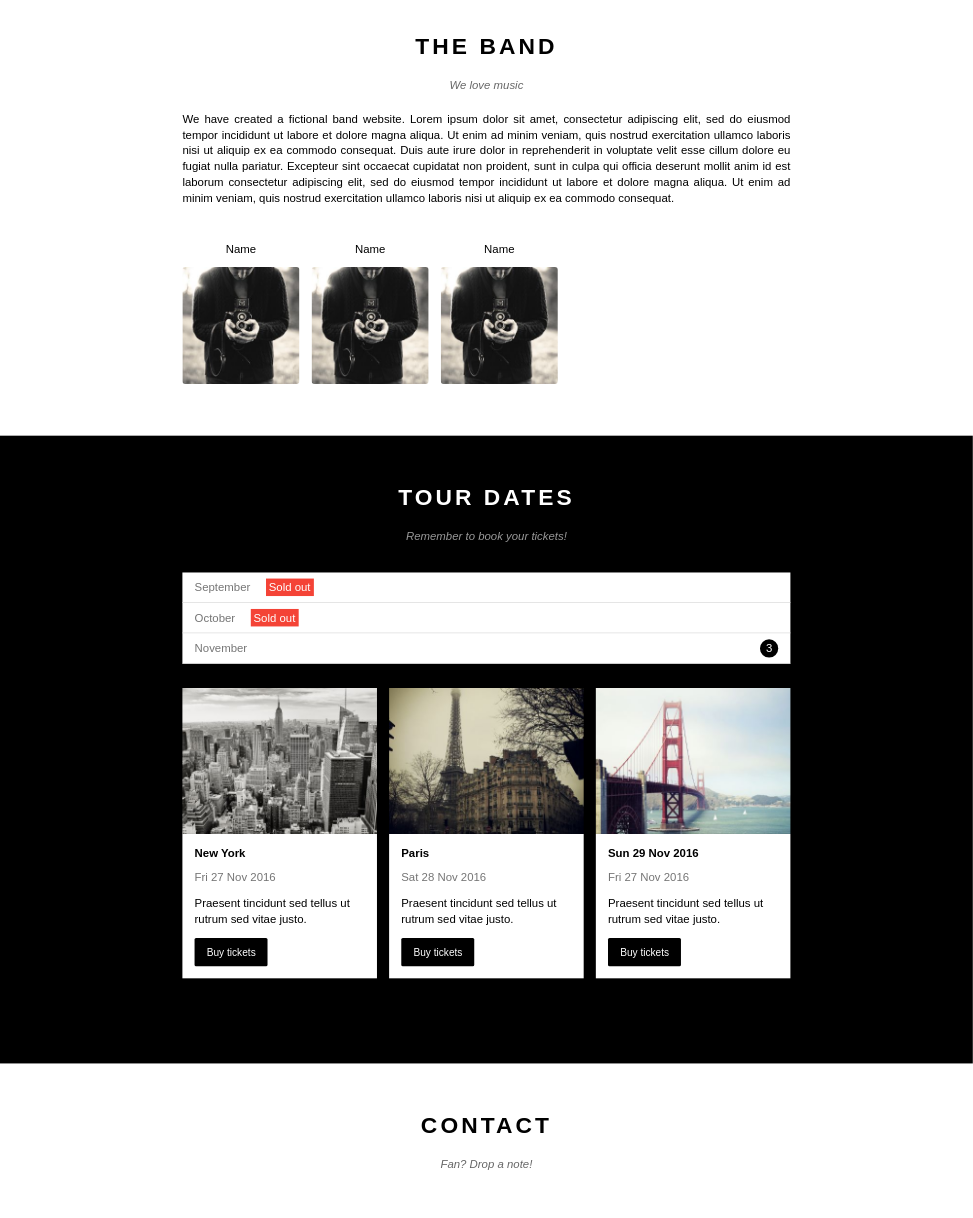
Repository: Phunobita/The-band-w3school
Page: index.html
These files come from the project's save history. The page is drawn as it stood at one moment and after the next save; the edit follows.
The browser window is 1280 px wide. The pictures show the part of the page from y = 370 to 1973 px (the page is 1973 px tall), at 76% of full size.
A picture or video elsewhere on the page could not be fetched, so the positions and the page height are approximate.

Above is the page before, as saved 2021-12-03 15:31:47.

### index.html
<!DOCTYPE html>
<html lang="en">

<head>
    <meta charset="UTF-8">
    <meta http-equiv="X-UA-Compatible" content="IE=edge">
    <meta name="viewport" content="width=device-width, initial-scale=1.0">
    <title>The band</title>
    <link rel="stylesheet" href="./assets/fonts/themify-icons-font/themify-icons/themify-icons.css">
    <link rel="stylesheet" href="./assets/css/style.css">
</head>

<body>
    <div id="main">
        <div id="header">
            <!--Begin nav-->
            <ul id="nav">
                <li><a href="">Home</a></li>
                <li><a href="">Band</a></li>
                <li><a href="">Tour</a></li>
                <li><a href="">Contact</a></li>
                <li>
                    <a href="">
                        More
                        <i class="nav-arrow-down ti-angle-down"></i>
                    </a>
                    <ul class="subnav">
                        <li><a href="">Merchandise</a></li>
                        <li><a href="">Extras</a></li>
                        <li><a href="">Media</a></li>
                    </ul>
                </li>
            </ul>
            <!--End nav-->
            <div class="search-btn">
                <i class="search-icon ti-search"></i>
            </div>
        </div>

        <div id="slider">
            <img src="./assets/img/chicago.jpg" alt="" class="slider__img">
            <div class="text-content">
                <h2 class="heading">New York</h2>
                <div class="content">The atmosphere in New York is lorem ipsum</div>
            </div>

        </div>
        <!--About section-->
        <div id="content">
            <div class="content-section">
                <h2 class="section-heading">THE BAND</h2>
                <p class="section-sub-heading">We love music</p>
                <p class="about-text">We have created a fictional band website. Lorem ipsum dolor sit amet, consectetur
                    adipiscing elit, sed do eiusmod tempor incididunt ut labore et dolore magna aliqua. Ut enim ad minim
                    veniam, quis nostrud exercitation ullamco laboris nisi ut aliquip ex ea commodo consequat. Duis aute
                    irure dolor in reprehenderit in voluptate velit esse cillum dolore eu fugiat nulla pariatur.
                    Excepteur sint occaecat cupidatat non proident, sunt in culpa qui officia deserunt mollit anim id
                    est laborum consectetur adipiscing elit, sed do eiusmod tempor incididunt ut labore et dolore magna
                    aliqua. Ut enim ad minim veniam, quis nostrud exercitation ullamco laboris nisi ut aliquip ex ea
                    commodo consequat.</p>
                <div class=" row member-list">
                    <div class="col member-item">
                        <p class="member-name">Name</p>
                        <img src="./assets/img/tv.jpg" alt="Name" class="member-img">
                    </div>
                    <div class="col member-item">
                        <p class="member-name">Name</p>
                        <img src="./assets/img/tv.jpg" alt="Name" class="member-img">
                    </div>
                    <div class="col member-item">
                        <p class="member-name">Name</p>
                        <img src="./assets/img/tv.jpg" alt="Name" class="member-img">
                    </div>
                    <div class="clear"></div>
                </div>
            </div>

            <!--Tour section-->
            <div class="tour__section">
                <div class="content-section">
                    <h2 class="section-heading text-white">TOUR DATES</h2>
                    <p class="section-sub-heading text-white">Remember to book your tickets!</p>

                    <ul class="ticket__list">
                        <li class="ticket__list-item">
                            September
                            <span class="sold-out">Sold out</span>
                        </li>
                        <li class="ticket__list-item">
                            October
                            <span class="sold-out">Sold out</span>
                        </li>
                        <li class="ticket__list-item">
                            November
                            <span class="quantity">3</span>
                        </li>
                    </ul>
                    <div class="row place__list">
                        <div class="col col-third ">
                            <img src="./assets/img/newyork.jpg" alt="New York" class="place__img">
                            <div class="place-body">
                                <h3 class="place-heading">New York</h3>
                                <p class="place-time">Fri 27 Nov 2016</p>
                                <p class="place-description">Praesent tincidunt sed tellus ut rutrum sed vitae justo.
                                </p>
                                <button href="#" class="place-buy-btn js-buy-ticket">Buy tickets</button>
                            </div>
                        </div>
                        <div class="col col-third ">
                            <img src="./assets/img/paris.jpg" alt="New York" class="place__img">
                            <div class="place-body">
                                <h3 class="place-heading">Paris</h3>
                                <p class="place-time">Sat 28 Nov 2016</p>
                                <p class="place-description">Praesent tincidunt sed tellus ut rutrum sed vitae justo.
                                </p>
                                <button href="#" class="place-buy-btn js-buy-ticket">Buy tickets</button>
                            </div>
                        </div>
                        <div class="col col-third ">
                            <img src="./assets/img/sanfran.jpg" alt="New York" class="place__img">
                            <div class="place-body">
                                <h3 class="place-heading">Sun 29 Nov 2016</h3>
                                <p class="place-time">Fri 27 Nov 2016</p>
                                <p class="place-description">Praesent tincidunt sed tellus ut rutrum sed vitae justo.
                                </p>
                                <button href="#" class="place-buy-btn js-buy-ticket">Buy tickets</button>
                            </div>
                        </div>
                        <div class="clear"></div>
                    </div>
                </div>
            </div>
            <!--Contact section-->
            <div class="content-section">
                <h2 class="section-heading">CONTACT</h2>
                <p class="section-sub-heading">Fan? Drop a note!</p>
            </div>

            <div id="footer">

            </div>
        </div>
        <div class="modal js-modal">
            <div class="modal-container js-modal-container">
                <div class="modal-close js-modal-close">
                    <i class="ti-close"></i>
                </div>

                <header class="modal-header">
                    <i class="modal-heading-icon ti-bag"></i>
                    Tickets
                </header>

                <div class="modal-body">
                    <label for="ticket-quantity" class="modal-label">
                        <i class="ti-shopping-cart"></i>
                        Tickets, $15 per person
                    </label>
                    <input id="ticket-quantity" type="text" class="modal-input" placeholder="How many?">

                    <label for="ticket-email" class="modal-label">
                        <i class="ti-user"></i>
                        Send To
                    </label>
                    <input id="ticket-email" type="email" class="modal-input" placeholder="Enter email">
                    <button id="buy-ticket">
                        Pay <i class="ti-check"></i>
                    </button>
                </div>
                <footer class="modal-footer">
                    <p class="modal-help">Need <a href="">help?</a></p>
                </footer>
            </div>
        </div>
    </div>

    <script>
        const buyBtns = document.querySelectorAll('.js-buy-ticket')
        const modal = document.querySelector('.js-modal')
        const modalContainer = document.querySelector('.js-modal-container')
        const modalClose = document.querySelector('.js-modal-close')

        function showBuyTickets() {
            modal.classList.add('open')
        }

        function hideBuyTickets() {
            modal.classList.remove('open')
        }

        for (const buyBtn of buyBtns) {
            buyBtn.addEventListener('click', showBuyTickets)
        }

        modalClose.addEventListener('click', hideBuyTickets)
        modal.addEventListener('click', hideBuyTickets)
        modalContainer.addEventListener('click', function (event) {
            event.stopPropagation()
        }
        )
    </script>
</body>

</html>

### assets/css/style.css
* {
  padding: 0;
  margin: 0;
  box-sizing: border-box;
}
html {
  font-family: Arial, Helvetica, sans-serif;
}
/*
1.vi tri
2. kich thuoc
3.Mau sac
4. Hinh dang
*/
.clear {
  clear: both;
}
.text-white {
  color: #fff !important;
}

.row {
  margin-left: -8px;
  margin-right: -8px;
}

.col {
  float: left;
  padding-left: 8px;
  padding-right: 8px;
}

.col-half {
  width: 50%;
}
.col-third {
  width: 33.3333%;
}
#main {
}
#header {
  height: 46px;
  background-color: black;
  position: fixed;
  top: 0;
  left: 0;
  right: 0;
  z-index: 1;
}
#nav {
  display: inline-block;
}
#nav,
.subnav {
  list-style-type: none;
}
#nav > li > a {
  color: #fff;
  text-transform: uppercase;
}
#nav li a {
  text-decoration: none;
  line-height: 46px;
  padding: 0 24px;
  display: block;
}
#nav > li:hover > a,
#nav .subnav li:hover a {
  color: black;
  background-color: #ccc;
}
#nav li:hover .subnav {
  display: block;
}
#nav > li {
  display: inline-block;
  position: relative;
}
#nav .nav-arrow-down {
  font-size: 14px;
}
#nav .subnav {
  display: none;
  min-width: 160px;
  position: absolute;
  top: 100%;
  background-color: white;
  box-shadow: 0 0 10px rgba(0, 0, 0, 0.3);
}
#nav .subnav a {
  color: black;
  padding: 0 12px;
  line-height: 38px;
}
#header .search-btn {
  float: right;
  padding: 0 21px;
  cursor: pointer;
}
#header .search-icon {
  color: #fff;
  font-size: 20px;
  line-height: 46px;
}
#header .search-btn:hover {
  background-color: #f44336;
}
#slider {
  margin-top: 46px;
  position: relative;
  background: url("/assets/img/chicago.jpg") top center / cover no-repeat;
}
#slider .text-content {
  position: absolute;
  bottom: 47px;
  color: white;
  width: 100%;
  text-align: center;
}
#silder .heading {
  font-weight: 500px;
  font-size: 24px;
}
#slider .content {
  font-size: 15px;
  margin-top: 25px;
}
#content {
}
#content .content-section {
  padding: 64px 0;
  width: 800px;
  margin-left: auto;
  margin-right: auto;
}
#content .section-heading {
  font-size: 30px;
  font-weight: 500px;
  text-align: center;
  letter-spacing: 4px;
}
#content .section-sub-heading {
  font-size: 15px;
  text-align: center;
  margin-top: 25px;
  font-style: italic;
  opacity: 0.6;
}
#content .about-text {
  margin-top: 25px;
  text-align: justify;
  line-height: 1.4;
  font-size: 15px;
}
#content .member-item {
  text-align: center;
}
#content .member-list {
  margin-top: 48px;
}
#content .member-name {
  font-size: 15px;
  margin-bottom: 15px;
}
#content .member-img {
  width: 154px;
  border-radius: 4px;
}

/* Tour section */
.tour__section {
  background-color: #000;
}

.ticket__list {
  background-color: #fff;
  margin-top: 40px;
  list-style: none;
}
.ticket__list-item {
  color: #757575;
  font-size: 15px;
  padding: 11px 16px;
  border-bottom: 1px solid #ddd;
}
.ticket__list .sold-out {
  color: #fff;
  background-color: #f44336;
  padding: 3px 4px;
  margin-left: 16px;
}
.ticket__list .quantity {
  float: right;
  width: 24px;
  height: 24px;
  background-color: #000;
  color: #fff;
  border-radius: 50%;
  text-align: center;
  line-height: 24px;
  margin-top: -3px;
}

/*  Place body*/
.place__list {
  margin-top: 32px;
  margin-bottom: 48px;
}

.place__img {
  width: 100%;
  display: block;
}
.place__img:hover {
  opacity: 0.7;
}
.place-body {
  background-color: #fff;
  padding: 16px;
  font-size: 15px;
}
.place-heading {
  font-size: 15px;
  font-weight: 600;
}
.place-time {
  margin-top: 15px;
  color: #757575;
}
.place-description {
  margin-top: 15px;
  line-height: 1.4;
}
.place-buy-btn {
  display: inline-block;
  background-color: black;
  border: none;
  color: #fff;
  text-decoration: none;
  padding: 11px 16px;
  margin-top: 15px;
  border-radius: 2px;
  cursor: pointer;
}
.place-buy-btn:hover {
  color: #000;
  background-color: #ccc;
}

/* Modal */
.modal {
  position: fixed;
  top: 0;
  left: 0;
  bottom: 0;
  right: 0;
  background-color: rgba(0, 0, 0, 0.4);
  align-items: center;
  justify-content: center;
  display: none;
}
.modal.open {
  display: flex;
}
.modal-container {
  background-color: #fff;
  width: 900px;
  max-width: calc(100% - 32px);
  min-height: 200px;
  position: relative;
  animation: modalFadeIn ease 0.5s;
}
.modal-header {
  background-color: #009688;
  height: 130px;
  display: flex;
  align-items: center;
  justify-content: center;
  font-size: 30px;
  color: #fff;
}
.modal-heading-icon {
  margin-right: 16px;
}
.modal-close {
  position: absolute;
  right: 0;
  top: 0;
  padding: 16px;
  cursor: pointer;
  color: #fff;
}
.modal-close:hover {
  background-color: #ccc;
}
.modal-body {
  padding: 16px;
}

.modal-label {
  display: block;
  font-size: 15px;
  margin-bottom: 12px;
}

.modal-input {
  border: 1px solid #ccc;
  font-size: 15px;
  width: 100%;
  padding: 10px;
  margin-bottom: 24px;
}
#buy-ticket {
  background-color: #009688;
  border: none;
  width: 100%;
  padding: 18px;
  font-size: 15px;
  color: #fff;
  text-transform: uppercase;
  font-weight: 700;
  cursor: pointer;
}
#buy-ticket:hover {
  opacity: 0.8;
}

.modal-footer {
  padding: 16px;
  text-align: right;
}
.modal-help a {
  color: #2196f3;
}
#footer {
}

@keyframes modalFadeIn {
  from {
    opacity: 0;
    transform: translateY(-150px);
  }
  to {
    opacity: 1;
    transform: translateY(0);
  }
}

Loaded but not shown: assets/fonts/themify-icons-font/themify-icons/themify-icons.css (common file)

After the next save:
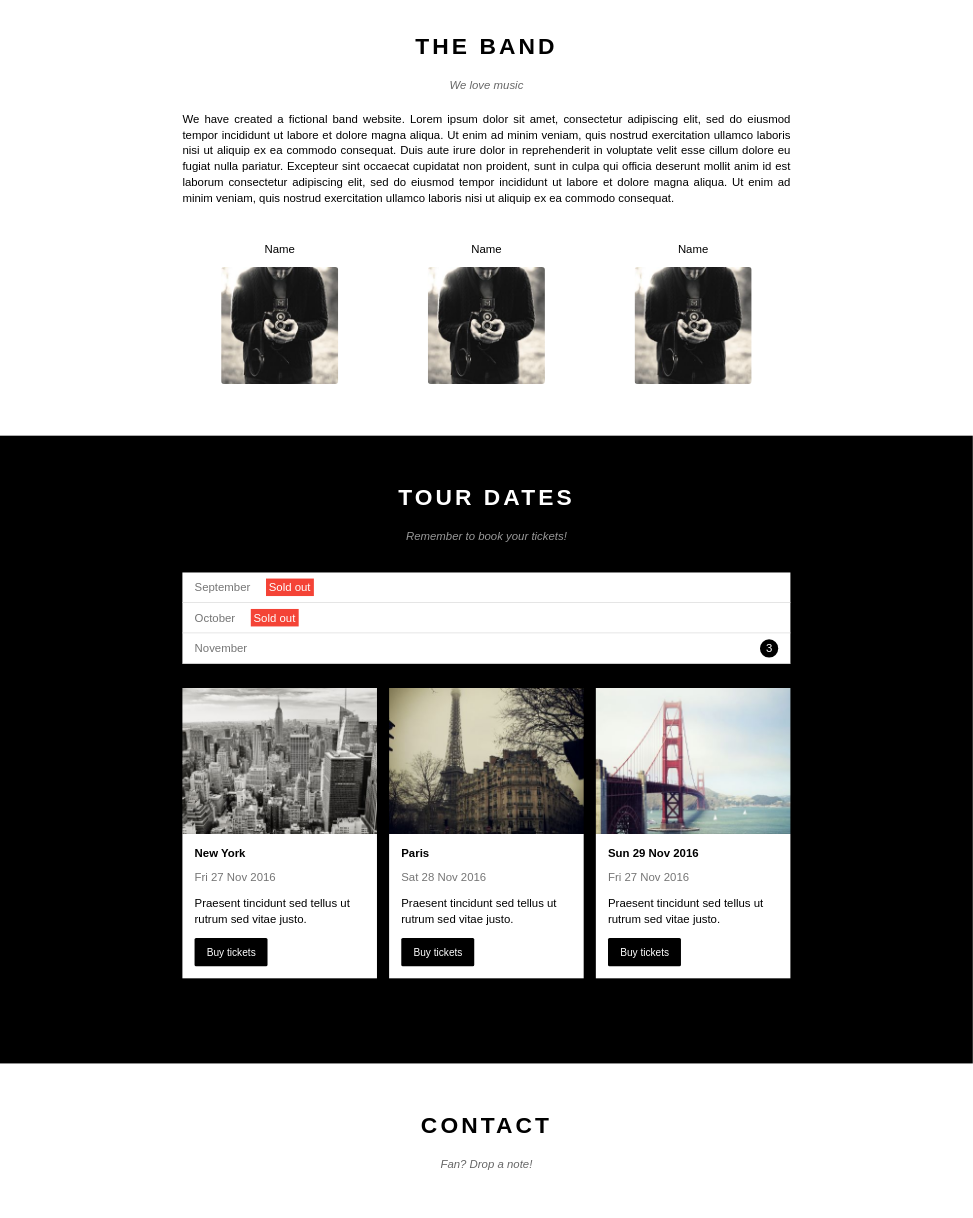
Saved 30 s later.
--- a/index.html
+++ b/index.html
@@ -59,15 +59,15 @@
                     aliqua. Ut enim ad minim veniam, quis nostrud exercitation ullamco laboris nisi ut aliquip ex ea
                     commodo consequat.</p>
                 <div class=" row member-list">
-                    <div class="col member-item">
+                    <div class="col col-third member-item">
                         <p class="member-name">Name</p>
                         <img src="./assets/img/tv.jpg" alt="Name" class="member-img">
                     </div>
-                    <div class="col member-item">
+                    <div class="col col-third member-item">
                         <p class="member-name">Name</p>
                         <img src="./assets/img/tv.jpg" alt="Name" class="member-img">
                     </div>
-                    <div class="col member-item">
+                    <div class="col col-third member-item">
                         <p class="member-name">Name</p>
                         <img src="./assets/img/tv.jpg" alt="Name" class="member-img">
                     </div>
